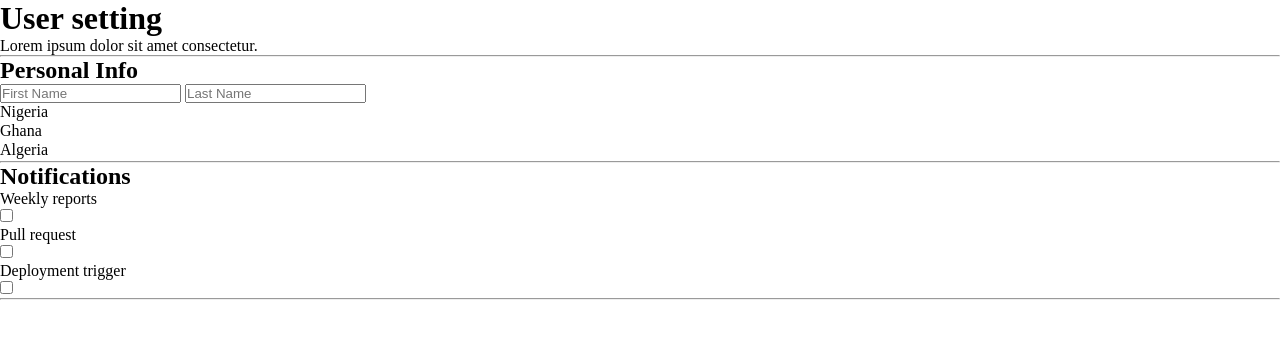
Repository: imokha01/DOM
Page: index.html
An editor plug-in stored every save of this project. The page is shown before and after the next save, followed by the edit.
The browser window is 1280 px wide. The pictures show the whole page.

Above is the page before, as saved 2023-12-19 17:05:28.

After the next save:
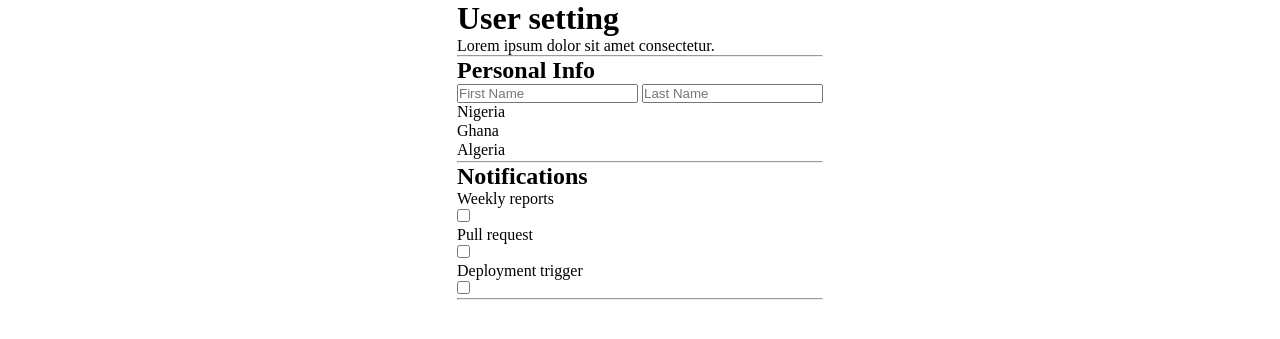
Saved 3 min 43 s later.
--- a/index.css
+++ b/index.css
@@ -4,6 +4,13 @@
     box-sizing: border-box;
 }
 
+.form_container {
+    display: flex;
+    justify-content: center;
+    align-items: center;
+
+
+}
 
 
 
